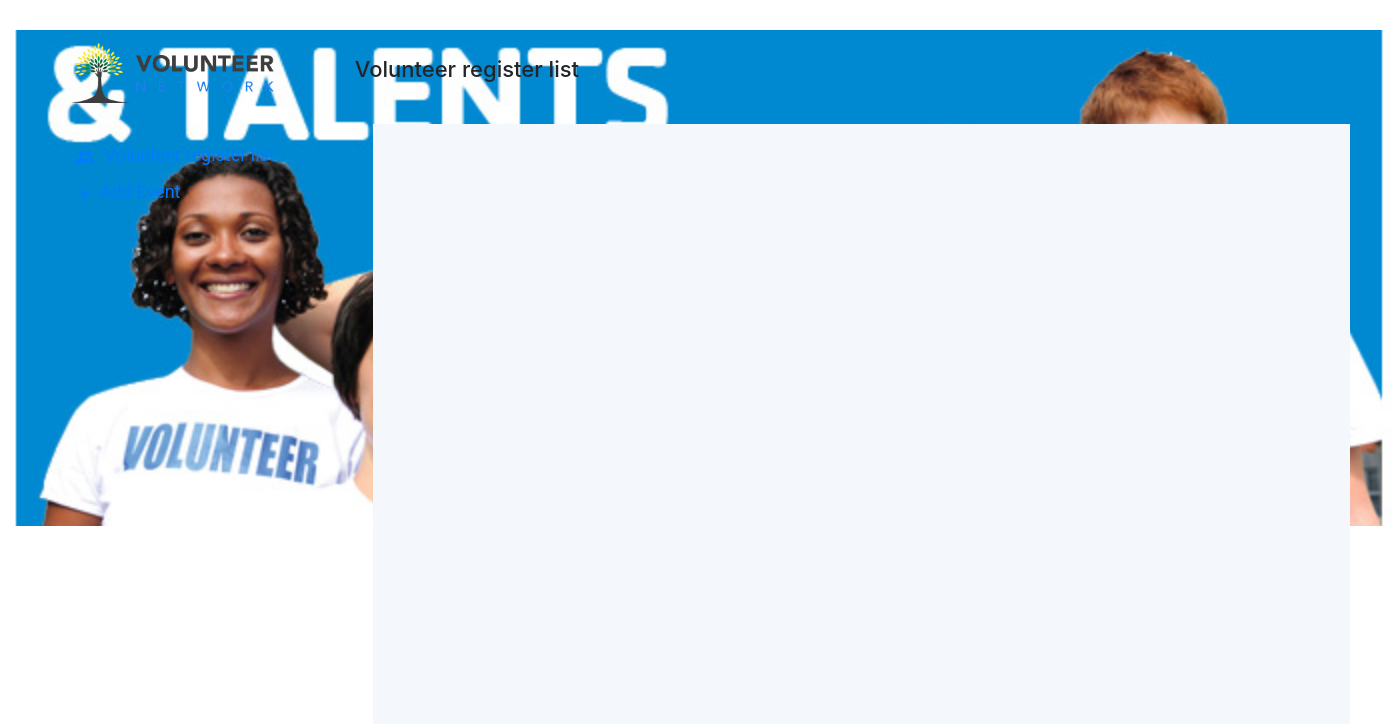
Repository: MdTahsinAmin/volunteer-network-client
Page: /adminPanel
These files come from the project's save history. The page is drawn as it stood at one moment and after the next save; the edit follows.
The browser window is 1280 px wide. The page is 1400 px wide, so the pictures cover 1400 px, including what lies to the right of the window. The pictures show the whole page.
The project was rebuilt for these pictures with package versions that can differ from the ones it lists, and the page was loaded fresh each time.

Above is the page before, as saved 2020-10-05 00:06:03.

### public/index.html
<!DOCTYPE html>
<html lang="en">
  <head>
    <meta charset="utf-8" />
    <link rel="icon" href="%PUBLIC_URL%/favicon.ico" />
    <meta name="viewport" content="width=device-width, initial-scale=1" />
    <meta name="theme-color" content="#000000" />
    <meta
      name="description"
      content="Web site created using create-react-app"
    />
    <link rel="apple-touch-icon" href="%PUBLIC_URL%/logo192.png" />
    <!--
      manifest.json provides metadata used when your web app is installed on a
      user's mobile device or desktop. See https://developers.google.com/web/fundamentals/web-app-manifest/
    -->
    <link rel="manifest" href="%PUBLIC_URL%/manifest.json" />
    <!--
      Notice the use of %PUBLIC_URL% in the tags above.
      It will be replaced with the URL of the `public` folder during the build.
      Only files inside the `public` folder can be referenced from the HTML.

      Unlike "/favicon.ico" or "favicon.ico", "%PUBLIC_URL%/favicon.ico" will
      work correctly both with client-side routing and a non-root public URL.
      Learn how to configure a non-root public URL by running `npm run build`.
    -->
    <title>Volunteer Network</title>
  </head>
  <body>
    <noscript>You need to enable JavaScript to run this app.</noscript>
    <div id="root"></div>
    <!--
      This HTML file is a template.
      If you open it directly in the browser, you will see an empty page.

      You can add webfonts, meta tags, or analytics to this file.
      The build step will place the bundled scripts into the <body> tag.

      To begin the development, run `npm start` or `yarn start`.
      To create a production bundle, use `npm run build` or `yarn build`.
    -->
  </body>
</html>

### src/App.js
import React from 'react';
import './App.css';
import Header from './components/Header/Header';
import {
  BrowserRouter as Router,
  Switch,
  Route,
  Link
} from "react-router-dom";
import AdminPanel from './components/AdminPanel/AdminPanel';
function App() {
  return (
    <div className="App">
     <Router>
      <Switch>
        <Route path ='/home'>
         <Header navbar={true}></Header>
        </Route>
        <Route path="/adminPanel">
           <div>
           <Header navbar={false}></Header>
           <AdminPanel/>
           </div>
        </Route>
        <Route exact path="/">
           <Header navbar={true}></Header>
        </Route>
      </Switch>
     </Router>
    </div>
  );
}

export default App;

### src/App.css
.App {
    background-image:url('./logos/Volunteer_Image.jpg');
    background-repeat: no-repeat;
    background-size: cover;
    background-position: center;
    width: 1400px;
    height: 496px;
    left: 1px;
    top: -1px;
}

.App-logo {
  height: 40vmin;
  pointer-events: none;
}

@media (prefers-reduced-motion: no-preference) {
  .App-logo {
    animation: App-logo-spin infinite 20s linear;
  }
}

.App-header {
  background-color: #282c34;
  min-height: 100vh;
  display: flex;
  flex-direction: column;
  align-items: center;
  justify-content: center;
  font-size: calc(10px + 2vmin);
  color: white;
}

.App-link {
  color: #61dafb;
}

@keyframes App-logo-spin {
  from {
    transform: rotate(0deg);
  }
  to {
    transform: rotate(360deg);
  }
}

### src/components/Header/Header.js
import React from 'react';
import { Link, useHistory } from 'react-router-dom';
import './Header.css'
import volunteerLogo from '../../logos/volunteer.png';
import { styled } from '@material-ui/core/styles';
import Button from '@material-ui/core/Button';

// Material Button

const MyButton = styled(Button)({
    background: 'linear-gradient(45deg, #3F90FC 30%, #3F90FC 90%)',
    border: 0,
    borderRadius: '6px',
    color: 'white',
    height: 48,
    padding: '14px 43px',
    marginRight:'15px',
    marginLeft:'9px',
    cursor:'pointer'
  });

  const AdminBtn = styled(Button)({
    background: 'linear-gradient(45deg, #434141 30%, #434141 90%)',
    border: 0,
    borderRadius: '6px',
    color: 'white',
    height: 48,
    padding: '14px 43px',
    marginRight:'15px',
    cursor:'pointer'
  })

const Header = (props) => {

    const history = useHistory();

    const handleAdminPanel = () =>{
         history.push('/adminPanel');
    }


    return (
      <div className="header">
          <div className={props.navbar ? "container" : 'adminPanel'}>
          <nav className="navbar navbar-expand-lg navbar-light">
            <Link to='/home' className="navbar-brand"><img className={props.navbar ?'volunteerLogo':'Logo'} src={volunteerLogo} alt=""/></Link>
            <button className="navbar-toggler" type="button" data-toggle="collapse" data-target="#navbarSupportedContent" aria-controls="navbarSupportedContent" aria-expanded="false" aria-label="Toggle navigation">
                <span className="navbar-toggler-icon"></span>
            </button>
            {
                !props.navbar && <h5 className="volunteer-title">Volunteer register list</h5>
            }
            {
                props.navbar &&  <div className="collapse navbar-collapse" id="navbarSupportedContent">
                <ul className="navbar-nav ml-auto">
                <li className="nav-item">
                    <Link className="nav-link item-nav">Home</Link>
                </li>
                <li className="nav-item">
                    <Link className="nav-link item-nav">Donation</Link>
                </li>
                <li className="nav-item">
                    <Link className="nav-link item-nav">Events</Link>
                </li>
                <li className="nav-item">
                    <Link className="nav-link item-nav">Blog</Link>
                </li>
                <li className="nav-item">
                    <MyButton>Register</MyButton>
                </li>
                <li className="nav-item">
                   <AdminBtn
                     onClick={handleAdminPanel}
                   >Admin
                   </AdminBtn>
                </li>
                </ul>
            </div>
            }
            </nav>
      </div>
   </div>
    );
};

export default Header;

### src/components/AdminPanel/AdminPanel.js
import React from 'react';
import './AdminPanel.css';
import GroupIcon from '@material-ui/icons/Group';
import AddIcon from '@material-ui/icons/Add';
import { Link } from 'react-router-dom';
const AdminPanel = () => {
    return (
        <div className="adminPanel-section">
            <div className="section-panel">
              <div className ='group-panel'>
              <Link to='/volunteerList' className='volunteerLink'><GroupIcon fontSize="small"></GroupIcon><span> Volunteer register list</span></Link>
              </div>
              <div className="group-panel">
                  <Link to='createNewProject' className='volunteerLink'><AddIcon fontSize="small"></AddIcon><span>Add Event</span></Link>
              </div>
            </div>
            <div className='Volunteer-list'>

            </div>
        </div>
    );
};

export default AdminPanel;

### src/components/Header/Header.css
.volunteerLogo{
    width: 202.81px;
    height: 60px;
    left: 88px;
    top: 44px;
}
.header{
    margin-top: 30px;
}
.nav-link{
    font-family: Montserrat;
    font-style: normal;
    font-weight: 500;
    font-size: 20px;
    text-align: center;
    color: #0B0B0B;
}
.volunteer-title{
    margin-left:65px;
    font-style: normal;
    font-weight: 500;
    font-size: 22px;
}

### src/components/AdminPanel/AdminPanel.css
.adminPanel{
    margin-right:20px;
}
.Logo{
    width: 202.81px;
    height: 60px;
    left: 88px;
    top: 44px;
    margin-left:55px;
}
.adminPanel-section{
    display:flex;
}
.section-panel{
    margin-top:15px;
    margin-left:75px;
}
.group-panel{
    display:inline-block;
    margin-top: 10px;
}
.group-panel span{
    margin-top:3px;
    margin-left:5px;
    font-family: Roboto;
    font-style: normal;
    font-weight: normal;
    font-size:18px;
}
.Volunteer-list{
    width:80%;
    margin-top:8px;
    margin-right: 50px;
    width: 1000px;
    height: 600px;
    background: #F4F7FC;
}
.volunteerLink:hover{
    text-decoration: none;
}

Loaded but not shown: src/index.js (common file); src/index.css (common file); src/serviceWorker.js (common file)

After the next save:
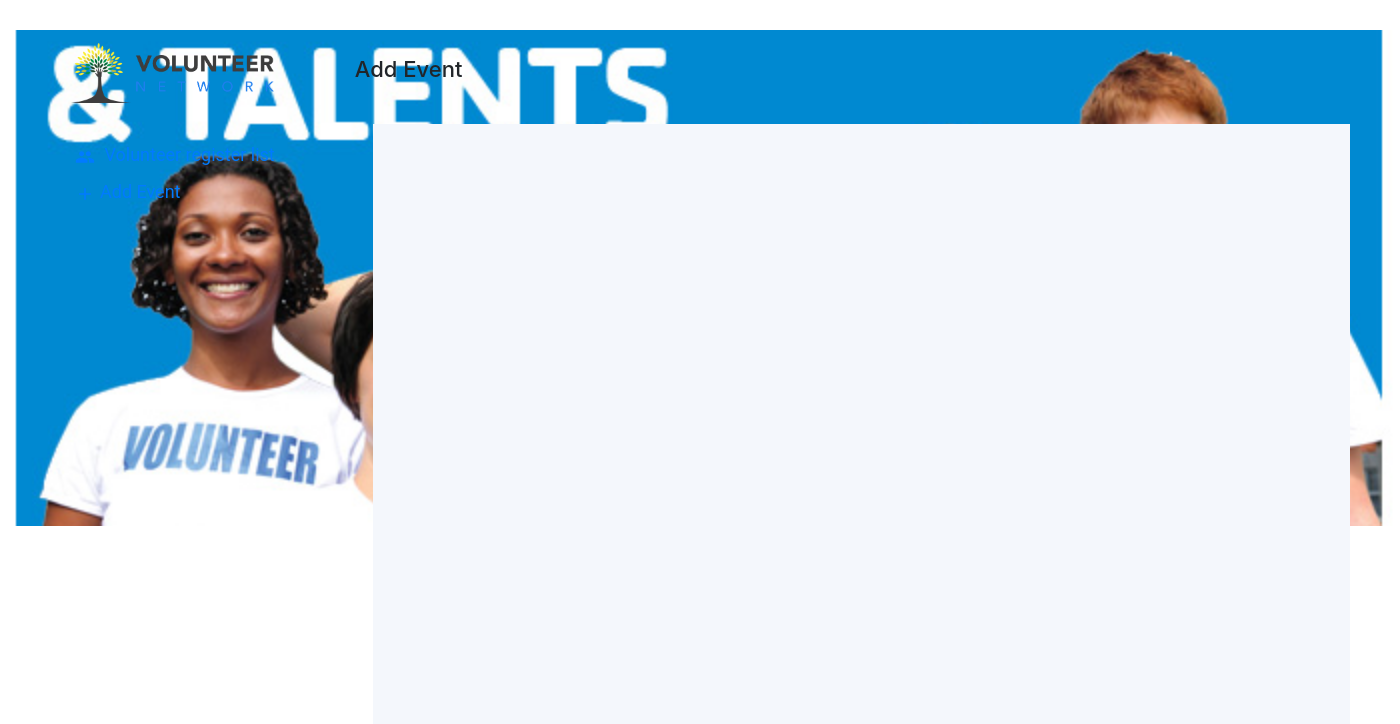
Saved 3 min 11 s later.
--- a/src/components/Header/Header.js
+++ b/src/components/Header/Header.js
@@ -48,7 +48,7 @@
                 <span className="navbar-toggler-icon"></span>
             </button>
             {
-                !props.navbar && <h5 className="volunteer-title">Volunteer register list</h5>
+             props.addEvent ? <h5 className="volunteer-title">Volunteer register list</h5>:<h5 className="volunteer-title">Add Event</h5>
             }
             {
                 props.navbar &&  <div className="collapse navbar-collapse" id="navbarSupportedContent">

After the save that followed:
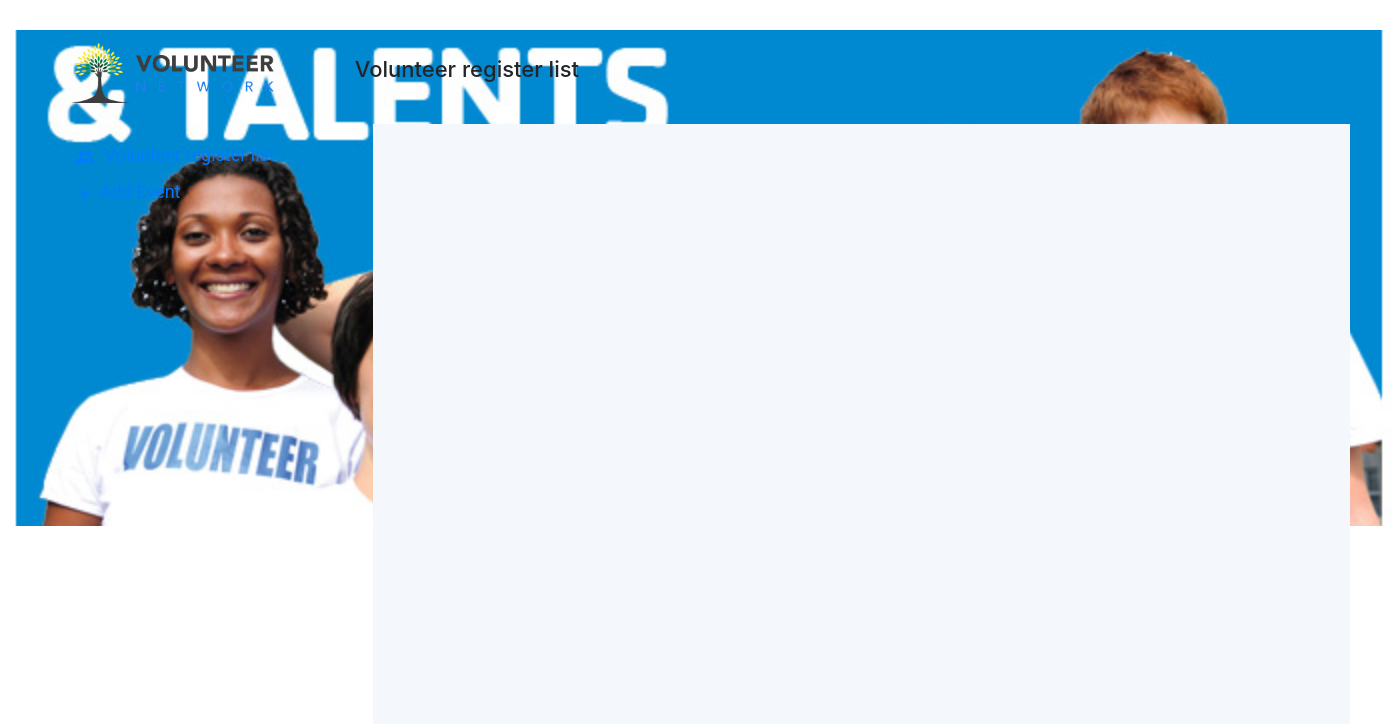
Saved 72 s later.
--- a/src/components/Header/Header.js
+++ b/src/components/Header/Header.js
@@ -48,7 +48,7 @@
                 <span className="navbar-toggler-icon"></span>
             </button>
             {
-             props.addEvent ? <h5 className="volunteer-title">Volunteer register list</h5>:<h5 className="volunteer-title">Add Event</h5>
+                !props.navbar && <h5 className="volunteer-title">Volunteer register list</h5>
             }
             {
                 props.navbar &&  <div className="collapse navbar-collapse" id="navbarSupportedContent">
